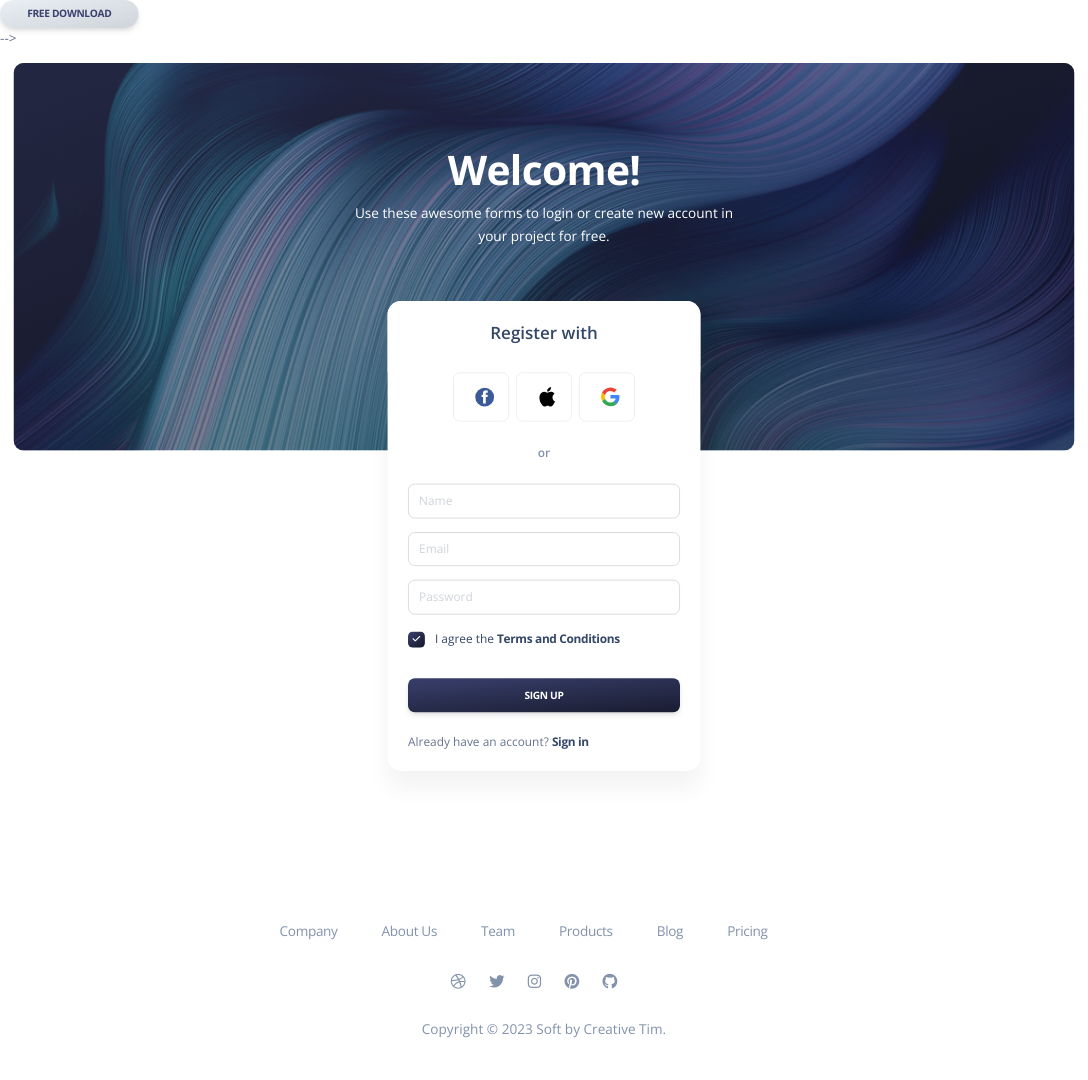
Repository: jigar-64/BlogOasis
Page: http://localhost/blogoasis/admin/pages/sign-up.php
The author's editor kept a copy of each file at every save. The page is drawn from the files as they stood at one save, then again after the next save.
The browser window is 1280 px wide. The pictures show the whole page, at 85% of full size.
Some web libraries are served in a nearby version. The page is run by PHP 8.4 with error messages shown; the project is at /var/www/html/.

Above is the page before, as saved 2023-08-13 01:57:44.

After the next save:
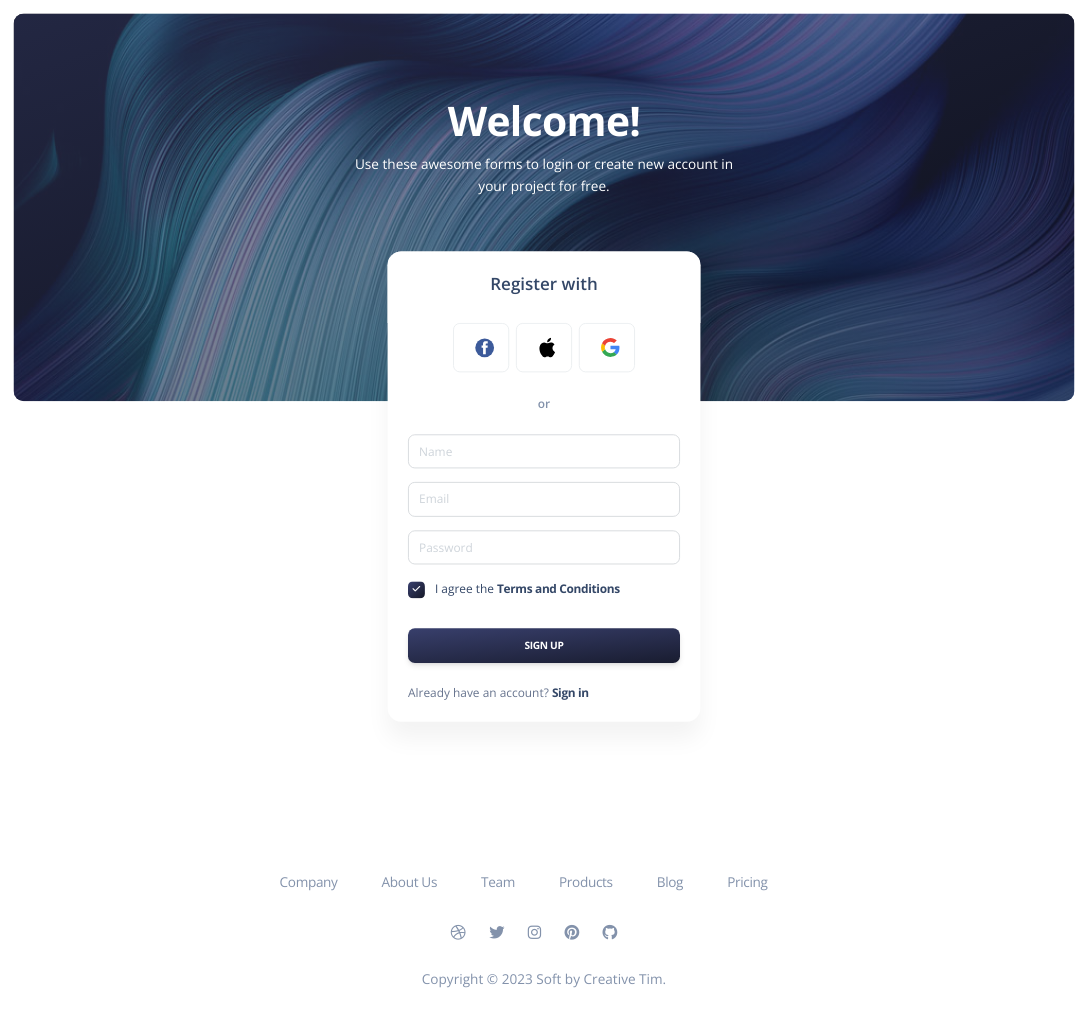
Saved 12 s later.
--- a/BlogOasis API/admin/pages/sign-up.php
+++ b/BlogOasis API/admin/pages/sign-up.php
@@ -25,61 +25,7 @@
 
   <body class="m-0 font-sans antialiased font-normal bg-white text-start text-base leading-default text-slate-500">
 
-    <!-- Navbar -->
-    <!-- <nav class="absolute top-0 z-30 flex flex-wrap items-center justify-between w-full px-4 py-2 mt-6 mb-4 shadow-none lg:flex-nowrap lg:justify-start">
-      <div class="container flex items-center justify-between py-0 flex-wrap-inherit">
-        <a class="py-2.375 text-sm mr-4 ml-4 whitespace-nowrap font-bold text-white lg:ml-0" href="../pages/dashboard.html"> Soft UI Dashboard </a>
-        <button navbar-trigger class="px-3 py-1 ml-2 leading-none transition-all bg-transparent border border-transparent border-solid rounded-lg shadow-none cursor-pointer text-lg ease-soft-in-out lg:hidden" type="button" aria-controls="navigation" aria-expanded="false" aria-label="Toggle navigation">
-          <span class="inline-block mt-2 align-middle bg-center bg-no-repeat bg-cover w-6 h-6 bg-none">
-            <span bar1 class="w-5.5 rounded-xs duration-350 relative my-0 mx-auto block h-px bg-white transition-all"></span>
-            <span bar2 class="w-5.5 rounded-xs mt-1.75 duration-350 relative my-0 mx-auto block h-px bg-white transition-all"></span>
-            <span bar3 class="w-5.5 rounded-xs mt-1.75 duration-350 relative my-0 mx-auto block h-px bg-white transition-all"></span>
-          </span>
-        </button>
-        <div navbar-menu class="items-center flex-grow transition-all ease-soft duration-350 lg-max:bg-white lg-max:max-h-0 lg-max:overflow-hidden basis-full rounded-xl lg:flex lg:basis-auto">
-          <ul class="flex flex-col pl-0 mx-auto mb-0 list-none lg:flex-row xl:ml-auto">
-            <li>
-              <a class="flex items-center px-4 py-2 mr-2 font-normal text-white transition-all duration-250 lg-max:opacity-0 lg-max:text-slate-700 ease-soft-in-out text-sm lg:px-2 lg:hover:text-white/75" aria-current="page" href="../pages/dashboard.html">
-                <i class="mr-1 text-white lg-max:text-slate-700 fa fa-chart-pie opacity-60"></i>
-                Dashboard
-              </a>
-            </li>
-            <li>
-              <a class="block px-4 py-2 mr-2 font-normal text-white transition-all duration-250 lg-max:opacity-0 lg-max:text-slate-700 ease-soft-in-out text-sm lg:px-2 lg:hover:text-white/75" href="../pages/profile.html">
-                <i class="mr-1 text-white lg-max:text-slate-700 fa fa-user opacity-60"></i>
-                Profile
-              </a>
-            </li>
-            <li>
-              <a class="block px-4 py-2 mr-2 font-normal text-white transition-all duration-250 lg-max:opacity-0 lg-max:text-slate-700 ease-soft-in-out text-sm lg:px-2 lg:hover:text-white/75" href="../pages/sign-up.html">
-                <i class="mr-1 text-white lg-max:text-slate-700 fas fa-user-circle opacity-60"></i>
-                Sign Up
-              </a>
-            </li>
-            <li>
-              <a class="block px-4 py-2 mr-2 font-normal text-white transition-all duration-250 lg-max:opacity-0 lg-max:text-slate-700 ease-soft-in-out text-sm lg:px-2 lg:hover:text-white/75" href="../pages/sign-in.html">
-                <i class="mr-1 text-white lg-max:text-slate-700 fas fa-key opacity-60"></i>
-                Sign In
-              </a>
-            </li>
-          </ul>
-          <!-- online builder btn  -->
-          <!-- <li class="flex items-center">
-            <a
-              class="leading-pro ease-soft-in border-white/75 text-xs tracking-tight-soft rounded-3.5xl hover:border-white/75 hover:scale-102 active:hover:border-white/75 active:hover:scale-102 active:opacity-85 active:shadow-soft-xs active:border-white/75 bg-white/10 hover:bg-white/10 active:hover:bg-white/10 mr-2 mb-0 inline-block cursor-pointer border border-solid py-2 px-8 text-center align-middle font-bold uppercase text-white shadow-none transition-all hover:text-white hover:opacity-75 hover:shadow-none active:scale-100 active:bg-white active:text-black active:hover:text-white active:hover:opacity-75 active:hover:shadow-none"
-              target="_blank"
-              href="https://www.creative-tim.com/builder/soft-ui?ref=navbar-dashboard&amp;_ga=2.76518741.1192788655.1647724933-1242940210.1644448053"
-              >Online Builder</a
-            >
-          </li> -->
-          <ul class="hidden pl-0 mb-0 list-none lg:block lg:flex-row">
-            <li>
-              <a href="https://www.creative-tim.com/product/soft-ui-dashboard-tailwind" target="_blank" class="leading-pro hover:scale-102 hover:shadow-soft-xs active:opacity-85 ease-soft-in text-xs tracking-tight-soft shadow-soft-md bg-gradient-to-tl from-gray-400 to-gray-100 rounded-3.5xl mb-0 mr-1 inline-block cursor-pointer border-0 bg-transparent px-8 py-2 text-center align-middle font-bold uppercase text-slate-800 transition-all">Free download</a>
-            </li>
-          </ul>
-        </div>
-      </div>
-    </nav> -->
+
 
     <main class="mt-0 transition-all duration-200 ease-soft-in-out">
       <section class="min-h-screen mb-32">
